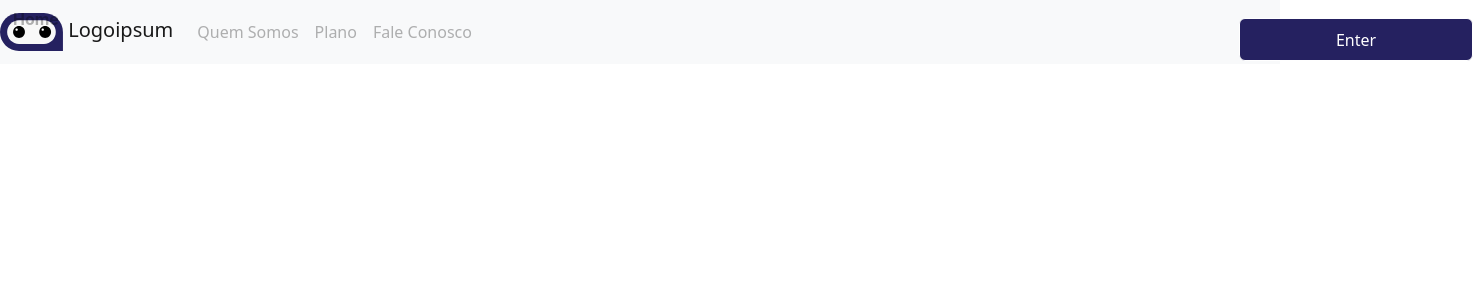
Repository: Williamlmachado/Desafio-Landing-page
Page: index.html
An editor plug-in stored every save of this project. The page is shown before and after the next save, followed by the edit.
The browser window is 1280 px wide. The page is 1473 px wide, so the pictures cover 1473 px, including what lies to the right of the window. The pictures show the whole page.

Above is the page before, as saved 2021-11-06 15:07:18.

After the next save:
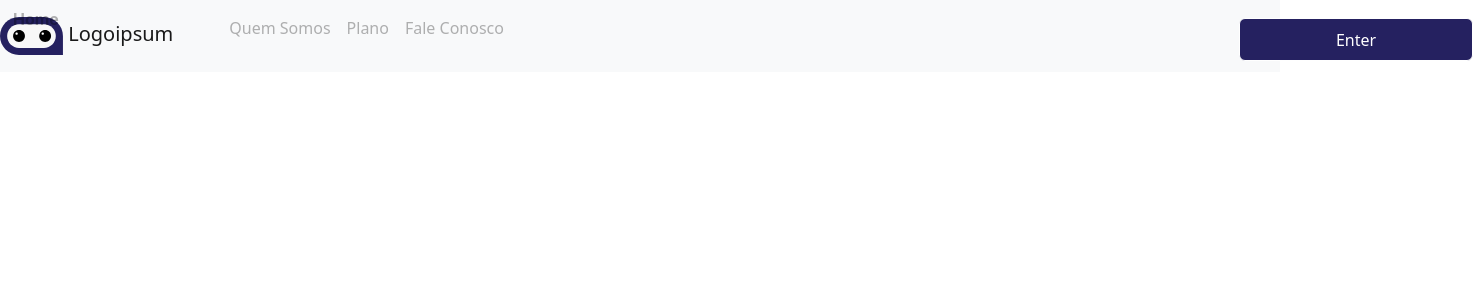
Saved 9 s later.
--- a/index.html
+++ b/index.html
@@ -22,8 +22,8 @@
       <span class="navbar-toggler-icon"></span>
     </button>
     <nav>
-    <div class="navbar-collapse collapse w-100 order-3 dual-collapse2" id="navbarNav">
-      <ul class="navbar-nav">
+    <div class="collapse navbar-collapse" id="navbarNav">
+      <ul class="navbar-collapse collapse w-100 order-3 dual-collapse2">
       <nav class="navbar-nav ml-auto">
         <li class="nav-home">
           <a class="nav-link disabled" href="#">Home <span class="sr-only"></span></a>

After the save that followed:
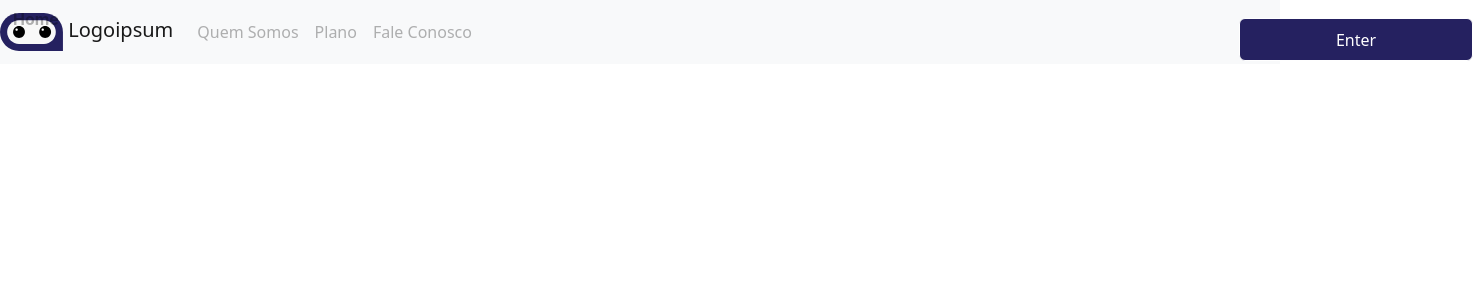
Saved 8 s later.
--- a/index.html
+++ b/index.html
@@ -23,7 +23,7 @@
     </button>
     <nav>
     <div class="collapse navbar-collapse" id="navbarNav">
-      <ul class="navbar-collapse collapse w-100 order-3 dual-collapse2">
+      <ul class="navbar-nav">
       <nav class="navbar-nav ml-auto">
         <li class="nav-home">
           <a class="nav-link disabled" href="#">Home <span class="sr-only"></span></a>
